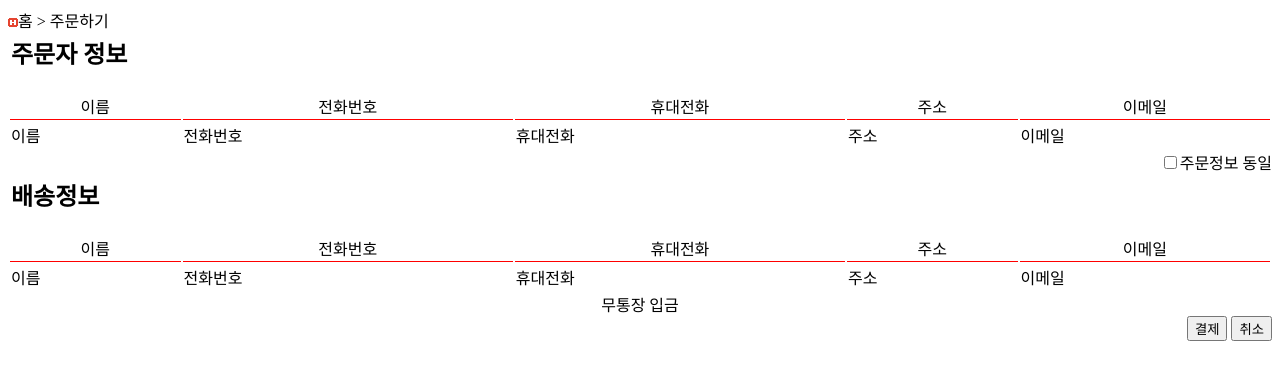
Repository: heeya90/ProjectShoppingMall
Page: http://localhost/ProjectShoppingMall/order/order.jsp
These files come from the project's save history. The page is drawn as it stood at one moment and after the next save; the edit follows.
The browser window is 1280 px wide. The pictures show the whole page.
The page is served by Tomcat 9.

Above is the page before, as saved 2012-07-30 08:37:24.

### ProjectShoppingMall/WebContent/order/order.jsp
<%@ page language="java" contentType="text/html; charset=EUC-KR"
    pageEncoding="EUC-KR"%>
<style type="text/css">

.tab{
	border-bottom:1px solid red;
	vertical-align: middle;
	text-align:center;
}
</style>
<div class="sub_loca"><img src="./img/icon_home.gif" alt="현재위치" />홈 > 주문하기</div>
	<table style="width:100%">
		<tr>
			<td colspan=5><h2>주문자 정보</h2></td>
		</tr>
		<tr>
			<td class="tab">
				<label>이름</label></td>
			<td class="tab">
				<label>전화번호</label></td>
			<td class="tab">
				<label>휴대전화</label></td>
			<td class="tab">
				<label>주소</label></td>
			<td class="tab">
				<label>이메일</label></td>
		</tr>
		<tr>
			<td class="sub_v_tb1">
				<label>이름</label></td>
			<td class="sub_v_tb1">
				<label>전화번호</label></td>
			<td class="sub_v_tb1">
				<label>휴대전화</label></td>
			<td class="sub_v_tb1">
				<label>주소</label></td>
			<td class="sub_v_tb1">
				<label>이메일</label></td>
		</tr>
	</table>

	<div style="text-align:right">
		<input type="checkbox" value="same">주문정보 동일
	</div>

	<table style="width:100%">
		<tr>
			<td colspan="5"><h2>배송정보</h2></td>
		</tr>
		<tr>
			<td class="tab">
				<label>이름</label></td>
			<td class="tab">
				<label>전화번호</label></td>
			<td class="tab">
				<label>휴대전화</label></td>
			<td class="tab">
				<label>주소</label></td>
			<td class="tab">
				<label>이메일</label></td>
		</tr>
		<tr>
			<td class="sub_v_tb1">
				<label>이름</label></td>
			<td class="sub_v_tb1">
				<label>전화번호</label></td>
			<td class="sub_v_tb1">
				<label>휴대전화</label></td>
			<td class="sub_v_tb1">
				<label>주소</label></td>
			<td class="sub_v_tb1">
				<label>이메일</label></td>
		</tr>
	</table>
	<div style="text-align:center">
		<label>무통장 입금</label>
	</div>

	<div style="text-align:right">
		<input type="button" value="결제">
		<input type="button" value="취소">
	</div>

After the next save:
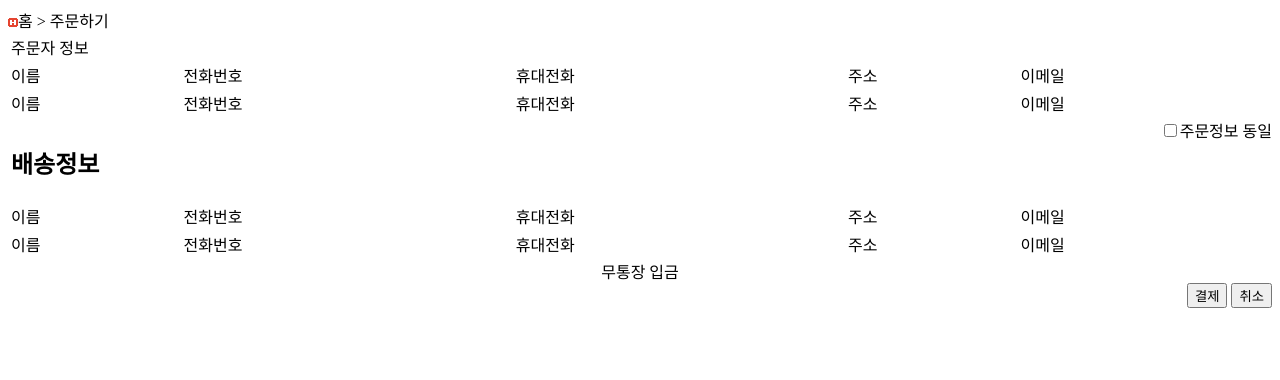
Saved 3 min 29 s later.
--- a/ProjectShoppingMall/WebContent/order/order.jsp
+++ b/ProjectShoppingMall/WebContent/order/order.jsp
@@ -1,17 +1,14 @@
 <%@ page language="java" contentType="text/html; charset=EUC-KR"
     pageEncoding="EUC-KR"%>
-<style type="text/css">
 
-.tab{
-	border-bottom:1px solid red;
-	vertical-align: middle;
-	text-align:center;
-}
-</style>
-<div class="sub_loca"><img src="./img/icon_home.gif" alt="현재위치" />홈 > 주문하기</div>
-	<table style="width:100%">
+	<div class="sub_loca">
+		<img src="./img/icon_home.gif" alt="현재위치" />홈 > 주문하기
+	</div>
+
+	<table class="jw_normal_table" style="width:100%">
 		<tr>
-			<td colspan=5><h2>주문자 정보</h2></td>
+			<td colspan=5>
+				<label class="jw_lbl_title">주문자 정보</td>
 		</tr>
 		<tr>
 			<td class="tab">
